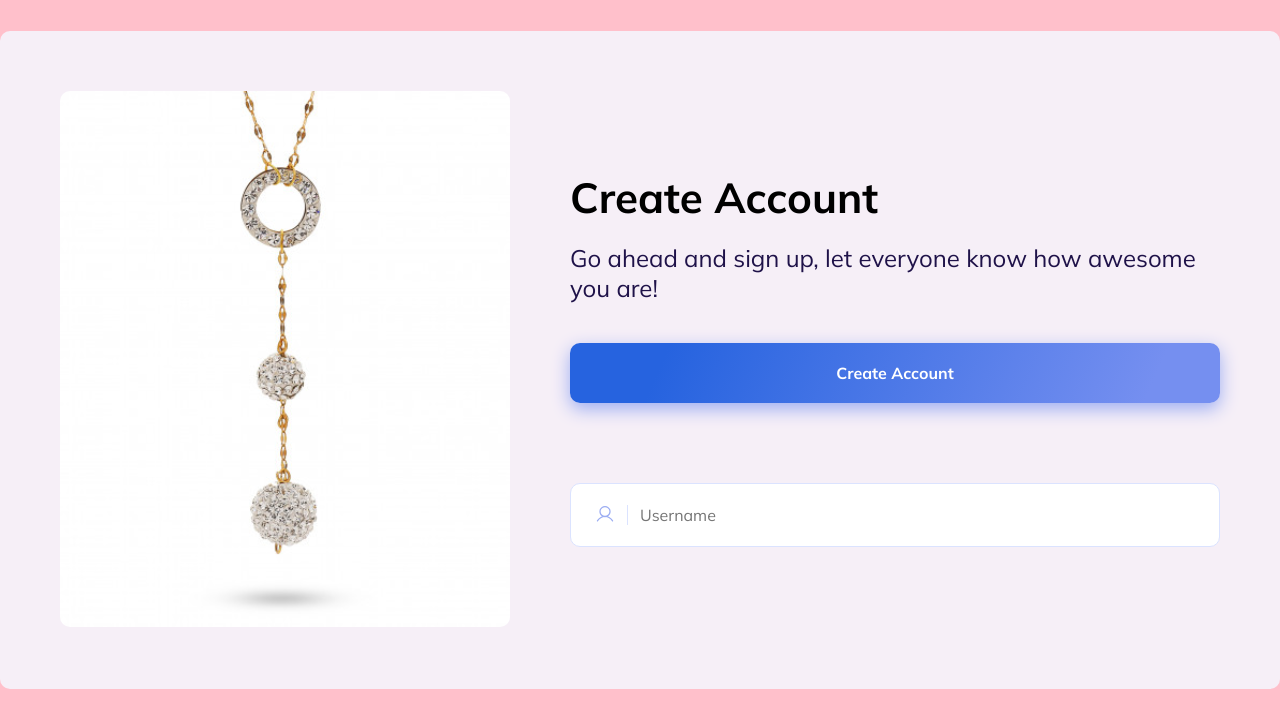
Repository: codezeloss/Valinteca-task
Page: signup.html
An editor plug-in stored every save of this project. The page is shown before and after a run of saves, followed by the edit.
The browser window is 1280 px wide. The pictures show the whole page.

Above is the page before, as saved 2022-12-09 19:45:11.

### signup.html
<!DOCTYPE html>
<html lang="en">
  <head>
    <meta charset="UTF-8" />
    <meta http-equiv="X-UA-Compatible" content="IE=edge" />
    <meta name="viewport" content="width=device-width, initial-scale=1.0" />

    <link rel="preconnect" href="https://fonts.googleapis.com">
    <link rel="preconnect" href="https://fonts.gstatic.com" crossorigin>
    <link href="https://fonts.googleapis.com/css2?family=Mulish:wght@400;700;800&display=swap" rel="stylesheet">

    <link rel="stylesheet" href="css/styles.css" />
    <link rel="stylesheet" href="css/signup-page.css" />

    <title>Signup page</title>
  </head>

<body>
  <div class="container">
    <div class="box-container">
      <div>
        <img
          class="welcome-img"
          src="./images/desktop/signup-image-desktop.svg"
          alt="image"
        />
      </div>

      <div class="flexcol-box">
      <div>
        <h1 class="heading heading-secondary">Create Account</h1>
        <p class="text">Go ahead and sign up, let everyone know how awesome you are!</p>
        <button class="btn">Create Account</button>
      </div>

      <form>
        <div class="form-box">
          <div><img class="icon" src="./images/icons/user.svg" alt="user"/></div>
          <div class="line"></div>
          <input type="text" placeholder="Username"/>
        </div>
        <div></div>
        <div></div>
        <div></div>
      </form>
    </div>
    </div>
  </div>
</body>

</html>

### css/styles.css
* {
  margin: 0;
  padding: 0;
  box-sizing: border-box;
}

html {
  font-size: 62.5%;
}

body {
  font-family: sans-serif;
  color: #000;
}

.container {
  display: flex;
  justify-content: center;
  align-items: center;
  height: 100vh;
  background-color: pink;
}

.box-container {
  display: flex;
  flex-direction: row;
  gap: 60px;
  align-items: center;
  margin: 0 auto;
  background: rgba(245, 247, 255, 0.85);
  border-radius: 10px;
  padding: 60px;
}

.heading {
  font-family: "Mulish", sans-serif;
  font-style: normal;
  font-weight: 700;
  line-height: 120%;
  margin-bottom: 20px;
}

.heading-primary {
  font-size: 56px;
}

.heading-secondary {
  font-size: 42px;
}

.text {
  font-family: "Mulish", sans-serif;
  font-style: normal;
  font-weight: 400;
  font-size: 24px;
  color: #1f1249;
  margin-bottom: 40px;
}

.btn {
  width: 100%;
  height: 60px;
  font-family: "Mulish";
  font-style: normal;
  font-weight: 700;
  font-size: 16px;
  border: none;
  cursor: pointer;
  background: linear-gradient(113.87deg, #2663df 14.81%, #758ff0 88.76%);
  box-shadow: 0px 6px 18px #9cadf2;
  border-radius: 10px;
  color: #ffffff;
}

### css/signup-page.css
.flexcol-box {
  display: flex;
  flex-direction: column;
}

.signup-img {
  width: 450px;
  height: 536px;
  border-radius: 10px;
}

.icon {
  width: 20px;
  height: 20px;
}

.form-box {
  display: flex;
  flex-direction: row;
  gap: 12px;
  align-items: center;
  margin-top: 40px;
  background-color: #ffffff;
  padding: 20px 24px;
  border: 1px solid #dbe3ff;
  border-radius: 10px;
}

.line {
  width: 1px;
  height: 20px;
  background-color: #dbe3ff;
}

form {
  margin-top: 40px;
}

form input {
  border: none;
  outline: none;
  font-family: 'Mulish';
  font-style: normal;
  font-weight: 400;
  font-size: 16px;
  color: #3B3B3B;
}

After the next 2 saves:
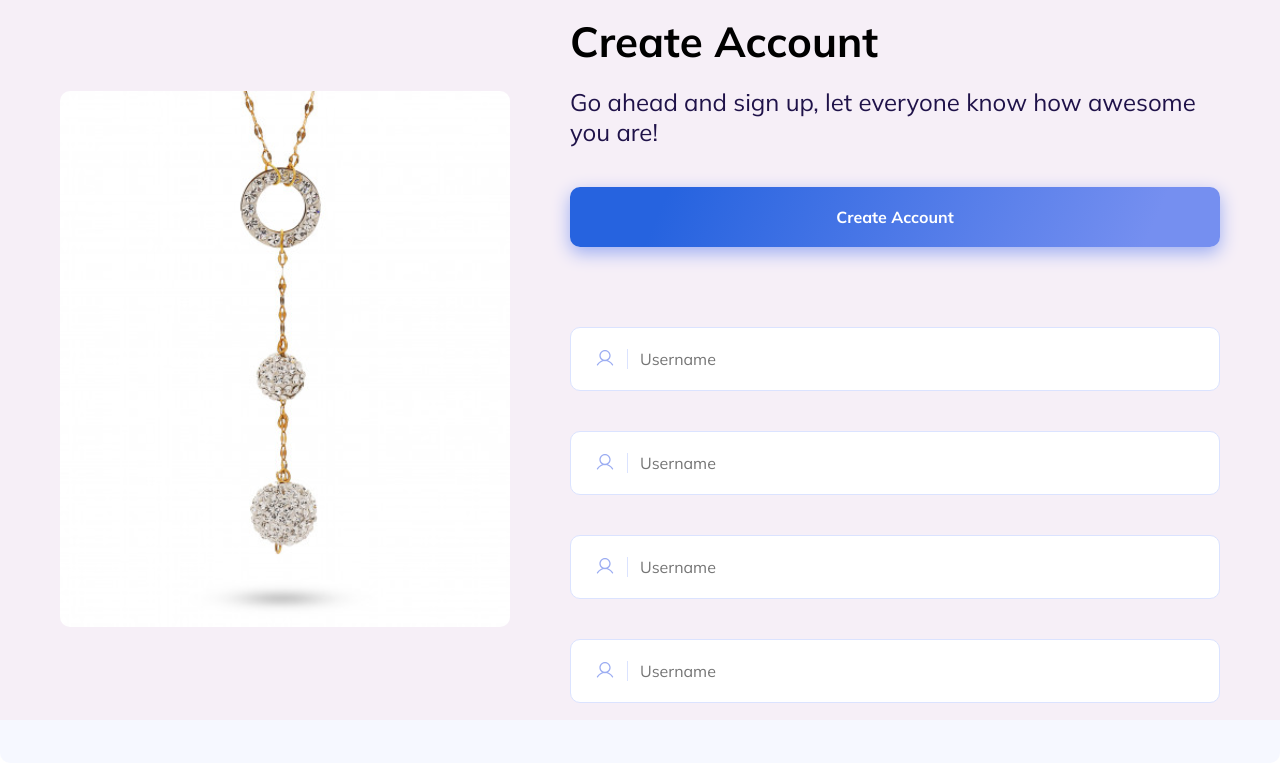
The 2 saves are shown as one change because they came seconds apart.
The last was saved 17 s later.
--- a/signup.html
+++ b/signup.html
@@ -39,9 +39,21 @@
           <div class="line"></div>
           <input type="text" placeholder="Username"/>
         </div>
-        <div></div>
-        <div></div>
-        <div></div>
+        <div class="form-box">
+          <div><img class="icon" src="./images/icons/user.svg" alt="user"/></div>
+          <div class="line"></div>
+          <input type="text" placeholder="Username"/>
+        </div>
+        <div class="form-box">
+          <div><img class="icon" src="./images/icons/user.svg" alt="user"/></div>
+          <div class="line"></div>
+          <input type="text" placeholder="Username"/>
+        </div>
+        <div class="form-box">
+          <div><img class="icon" src="./images/icons/user.svg" alt="user"/></div>
+          <div class="line"></div>
+          <input type="text" placeholder="Username"/>
+        </div>
       </form>
     </div>
     </div>
